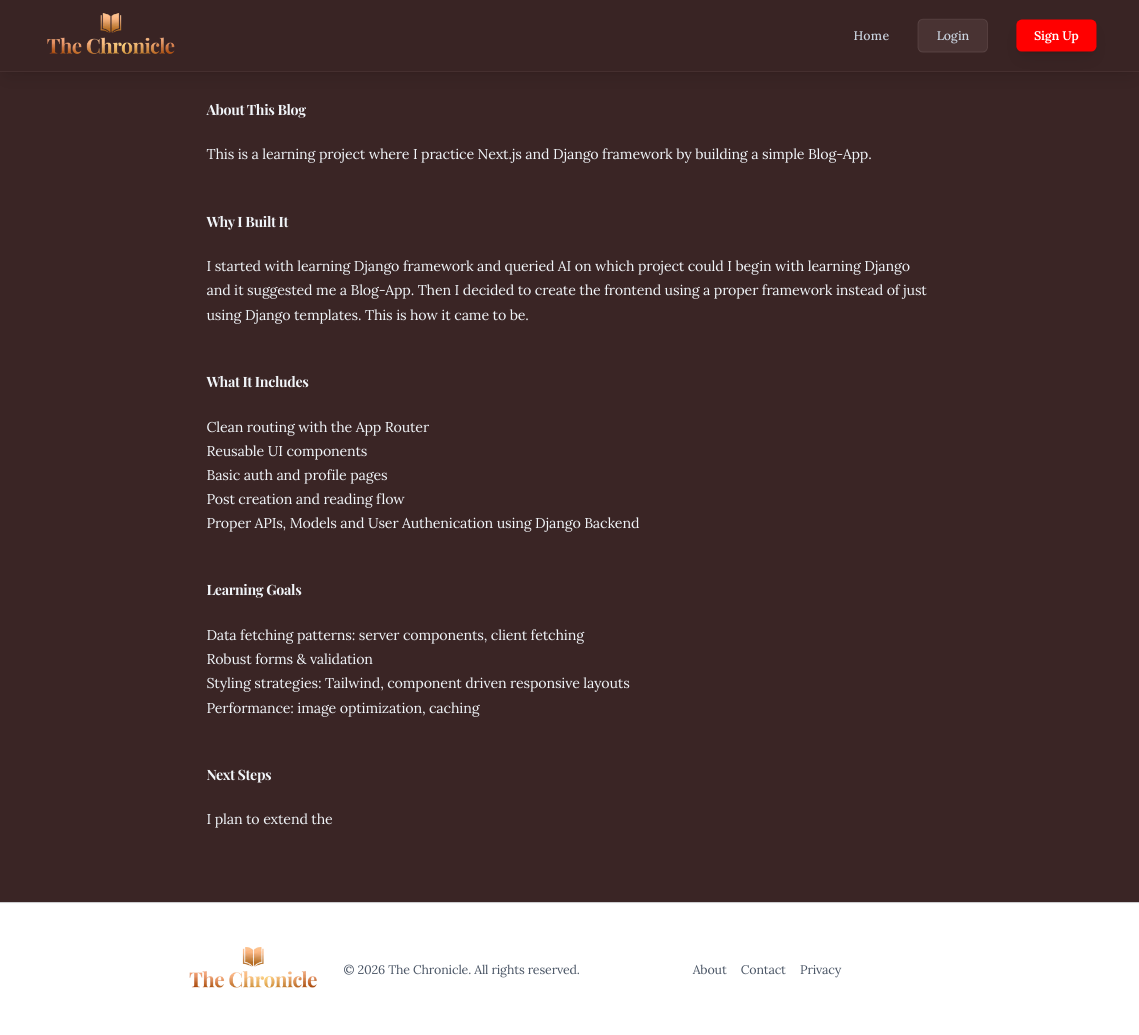
Repository: swaruplamsal/BasicBlogApp
Page: /about (app in blog-frontend/)
The author's editor kept a copy of each file at every save. The page is drawn from the files as they stood at one save, then again after a run of saves.
The browser window is 1280 px wide. The pictures show the whole page, at 89% of full size.
The page's requests for data from a server got no answer. The project was rebuilt for these pictures with package versions that can differ from the ones it lists, and the page was loaded fresh each time. The framework's server and built-in components were replaced by stand-ins that run in the browser. No one was signed in, and anything a server would have sent is missing. Also part of the build but not shown: blog-frontend/next.config.mjs, blog-frontend/app/components/Avatar.js.

Above is the page before, as saved 2026-02-07 21:02:55.

### blog-frontend/app/layout.js
// app/layout.js
import { Lora, Playfair_Display } from "next/font/google";
import { AuthProvider } from "./context/AuthContext";
import { generateSiteMetadata } from "../lib/metadata";
import "./globals.css";

export const metadata = generateSiteMetadata();

const lora = Lora({
  subsets: ["latin"],
  weight: ["400", "500", "600", "700"],
  variable: "--font-lora",
});

const playfair = Playfair_Display({
  subsets: ["latin"],
  weight: ["400", "500", "600", "700", "900"],
  variable: "--font-playfair",
});

export default function RootLayout({ children }) {
  return (
    <html lang="en">
      <body className={`${lora.variable} ${playfair.variable}`}>
        <AuthProvider>{children}</AuthProvider>
      </body>
    </html>
  );
}

### blog-frontend/app/about/page.js
import Navbar from "../components/Navbar";
import Footer from "../components/Footer";

const sectionStyle = {
  marginTop: "1.5rem",
};

export default function About() {
  return (
    <div className="dark:bg-sky-950">
      <Navbar />
      <main style={{ padding: "2rem", maxWidth: "880px", margin: "0 auto" }}>
        <h1>About This Blog</h1>
        <br />

        <p>
          This is a learning project where I practice Next.js and Django
          framework by building a simple Blog-App.
        </p>
        <br />
        <section style={sectionStyle}>
          <h2>Why I Built It</h2>
          <br />
          <p>
            I started with learning Django framework and queried AI on which
            project could I begin with learning Django and it suggested me a
            Blog-App. Then I decided to create the frontend using a proper
            framework instead of just using Django templates. This is how it
            came to be.
          </p>
        </section>
        <br />

        <section style={sectionStyle}>
          <h2>What It Includes</h2>
          <br />
          <ul>
            <li>Clean routing with the App Router</li>
            <li>Reusable UI components</li>
            <li>Basic auth and profile pages</li>
            <li>Post creation and reading flow</li>
            <li>
              Proper APIs, Models and User Authenication using Django Backend
            </li>
          </ul>
        </section>
        <br />

        <section style={sectionStyle}>
          <h2>Learning Goals</h2>
          <br />
          <ul>
            <li>Data fetching patterns: server components, client fetching</li>
            <li>Robust forms & validation</li>
            <li>
              Styling strategies: Tailwind, component driven responsive layouts
            </li>
            <li>Performance: image optimization, caching</li>
          </ul>
        </section>
        <br />

        <section style={sectionStyle}>
          <h2>Next Steps</h2>
          <br />
          <p>
            I plan to extend the
          </p>
        </section>
      </main>
      <Footer />
    </div>
  );
}

### blog-frontend/app/context/AuthContext.js
"use client";

import { createContext, useContext, useState, useEffect } from "react";
import { authApi } from "../../lib/api";

const AuthContext = createContext();

// Helper function to get initial state from localStorage
function getInitialAuth() {
  if (typeof window === "undefined") {
    return { token: null, user: null };
  }

  const savedToken = localStorage.getItem("token");
  const savedUser = localStorage.getItem("user");

  return {
    token: savedToken || null,
    user: savedUser ? JSON.parse(savedUser) : null,
  };
}

export function AuthProvider({ children }) {
  const [user, setUser] = useState(() => getInitialAuth().user);
  const [token, setToken] = useState(() => getInitialAuth().token);

  // Sync user data with backend on mount if token exists
  useEffect(() => {
    if (typeof window === "undefined" || !token) return;

    const syncUserData = async () => {
      try {
        const completeUser = await authApi.getCurrentUser();
        setUser(completeUser);
        localStorage.setItem("user", JSON.stringify(completeUser));
      } catch (error) {
        // If sync fails, user might be logged out - clear auth state
        setToken(null);
        setUser(null);
        localStorage.removeItem("token");
        localStorage.removeItem("user");
      }
    };

    syncUserData();
  }, [token]);

  const login = async (username, password) => {
    try {
      const data = await authApi.login(username, password);

      setToken(data.token);
      localStorage.setItem("token", data.token);

      // Fetch complete user data including profile
      try {
        const completeUser = await authApi.getCurrentUser();
        setUser(completeUser);
        localStorage.setItem("user", JSON.stringify(completeUser));
      } catch (profileError) {
        // Fallback to basic user data if profile fetch fails
        setUser(data.user);
        localStorage.setItem("user", JSON.stringify(data.user));
      }

      return { success: true };
    } catch (error) {
      return { success: false, error: error.message };
    }
  };

  const signup = async (username, email, password) => {
    try {
      const data = await authApi.signup(username, email, password);

      setToken(data.token);
      setUser(data.user);
      localStorage.setItem("token", data.token);
      localStorage.setItem("user", JSON.stringify(data.user));
      return { success: true };
    } catch (error) {
      return { success: false, error: error.message };
    }
  };

  const logout = () => {
    setToken(null);
    setUser(null);
    localStorage.removeItem("token");
    localStorage.removeItem("user");
  };

  const refreshUser = async () => {
    if (!token) return;

    try {
      const completeUser = await authApi.getCurrentUser();
      setUser(completeUser);
      localStorage.setItem("user", JSON.stringify(completeUser));
    } catch (error) {
      console.log("Failed to refresh user data:", error.message);
    }
  };

  return (
    <AuthContext.Provider
      value={{ user, token, login, signup, logout, refreshUser }}
    >
      {children}
    </AuthContext.Provider>
  );
}

export function useAuth() {
  return useContext(AuthContext);
}

### blog-frontend/lib/metadata.js
// Helper functions for generating metadata

export const generateSiteMetadata = () => ({
  title: {
    template: "%s | The Chronicle",
    default: "The Chronicle - Where Stories Matter",
  },
  description:
    "Discover thoughtful perspectives, compelling narratives, and insights that challenge the ordinary.",
  keywords: ["blog", "stories", "articles", "writing", "chronicle"],
  authors: [{ name: "The Chronicle Team" }],
  openGraph: {
    type: "website",
    locale: "en_US",
    siteName: "The Chronicle",
  },
  twitter: {
    card: "summary_large_image",
  },
  // Fallback favicon / site icon. Place a file at public/favicon.png (or /favicon.ico)
  icons: {
    icon: "/favicon.png",
    apple: "/favicon.png",
  },
});

export const generatePostMetadata = (post) => {
  if (!post) return {};

  return {
    title: post.title,
    description: post.content.substring(0, 160) + "...",
    keywords: post.tags?.map((tag) => tag.name) || [],
    authors: [{ name: post.author?.username || "Anonymous" }],
    openGraph: {
      title: post.title,
      description: post.content.substring(0, 160) + "...",
      type: "article",
      publishedTime: post.created_at,
      modifiedTime: post.updated_at,
      authors: [post.author?.username || "Anonymous"],
      tags: post.tags?.map((tag) => tag.name) || [],
    },
    twitter: {
      card: "summary_large_image",
      title: post.title,
      description: post.content.substring(0, 160) + "...",
    },
  };
};

### blog-frontend/app/globals.css
@import "tailwindcss";

@layer base {
  :root {
    /* Bold Editorial Theme - Color Hunt Palette */
    --background: #3a2525;
    --background-elevated: #4a3535;
    --background-hover: #5a4545;
    --foreground: #f1f5f9;
    --foreground-muted: #cbd5e1;
    --foreground-subtle: #94a3b8;

    /* Accent Colors */
    --accent: #ff0000;
    --accent-hover: #cc0000;
    --accent-light: #ff3333;
    --accent-secondary: #9e2a2a;
    --navy: #000080;
    --navy-hover: #0000a0;

    /* Borders & Dividers */
    --border: #5a4545;
    --border-light: #6a5555;

    /* Semantic Colors */
    --success: #10b981;
    --error: #ff0000;
    --warning: #ff0000;
  }

  body {
    background: var(--background);
    color: var(--foreground);
    font-family:
      var(--font-lora),
      -apple-system,
      BlinkMacSystemFont,
      "Segoe UI",
      Roboto,
      sans-serif;
    line-height: 1.7;
    -webkit-font-smoothing: antialiased;
    -moz-osx-font-smoothing: grayscale;
    letter-spacing: -0.011em;
  }

  h1,
  h2,
  h3,
  h4,
  h5,
  h6 {
    font-family: var(--font-playfair), Georgia, serif;
    font-weight: 700;
    line-height: 1.25;
    color: var(--foreground);
    letter-spacing: -0.025em;
  }
}

@layer components {
  /* Custom Scrollbar */
  ::-webkit-scrollbar {
    width: 8px;
  }

  ::-webkit-scrollbar-track {
    background: var(--background);
  }

  ::-webkit-scrollbar-thumb {
    background: var(--accent);
    border-radius: 4px;
  }

  ::-webkit-scrollbar-thumb:hover {
    background: var(--accent-hover);
  }

  /* Smooth transitions */
  * {
    transition-property:
      background-color, border-color, color, fill, stroke, transform, opacity;
    transition-timing-function: cubic-bezier(0.4, 0, 0.2, 1);
    transition-duration: 200ms;
  }

  /* Editorial Utilities */
  .editorial-gradient {
    background: linear-gradient(
      135deg,
      var(--background) 0%,
      var(--background-elevated) 100%
    );
  }

  .text-gradient {
    background: linear-gradient(135deg, #ff0000, #9e2a2a);
    -webkit-background-clip: text;
    -webkit-text-fill-color: transparent;
    background-clip: text;
  }

  .reading-progress {
    position: fixed;
    top: 0;
    left: 0;
    height: 3px;
    background: linear-gradient(90deg, #ff0000, #9e2a2a);
    z-index: 9999;
    transition: width 0.1s ease-out;
  }

  .card-hover {
    transition: all 0.3s cubic-bezier(0.4, 0, 0.2, 1);
  }

  .card-hover:hover {
    transform: translateY(-2px);
    box-shadow: 0 20px 40px -12px rgba(255, 0, 0, 0.2);
    border-color: #6a5555 !important;
  }

  /* Button Styles */
  .btn-primary {
    background-color: #ff0000;
    box-shadow: 0 10px 25px -5px rgba(255, 0, 0, 0.3);
    transition: all 0.3s ease;
  }

  .btn-primary:hover {
    background-color: #cc0000;
    box-shadow: 0 15px 30px -5px rgba(255, 0, 0, 0.4);
  }

  /* Link Styles */
  .link-red {
    color: #ff0000;
    transition: color 0.2s ease;
  }

  .link-red:hover {
    color: #ff3333;
  }

  .link-nav {
    color: #cbd5e1;
    transition: color 0.2s ease;
  }

  .link-nav:hover {
    color: #ff0000;
  }

  /* Article Title */
  .article-title {
    color: #f1f5f9;
    transition: color 0.3s ease;
  }

  .article-title:hover {
    color: #ff0000;
  }

  /* Tag Styles */
  .tag {
    color: #94a3b8;
    background-color: rgba(90, 69, 69, 0.5);
    border: 1px solid rgba(106, 85, 85, 0.5);
    transition: all 0.2s ease;
  }

  .tag:hover {
    border-color: #9e2a2a;
    color: #cbd5e1;
  }
  /* Form Styles */
  .form-input {
    background-color: rgba(90, 69, 69, 0.5);
    border: 1px solid #6a5555;
    color: #f1f5f9;
    transition: all 0.2s ease;
  }

  .form-input:focus {
    outline: none;
    border-color: #ff0000;
    background-color: rgba(90, 69, 69, 0.7);
  }

  .form-label {
    color: #cbd5e1;
  }

  .form-container {
    background-color: rgba(74, 53, 53, 0.5);
    border: 1px solid #5a4545;
  }

  .btn-secondary {
    background-color: rgba(90, 69, 69, 0.8);
    color: #cbd5e1;
    border: 1px solid #6a5555;
    transition: all 0.2s ease;
  }

  .btn-secondary:hover {
    background-color: rgba(90, 69, 69, 1);
    border-color: #7a6565;
  }

  .btn-danger {
    background-color: rgba(158, 42, 42, 0.8);
    color: #fff;
    border: 1px solid #9e2a2a;
    transition: all 0.2s ease;
  }

  .btn-danger:hover {
    background-color: #9e2a2a;
  }

  .btn-success {
    background-color: rgba(16, 185, 129, 0.8);
    color: #fff;
    transition: all 0.2s ease;
  }

  .btn-success:hover {
    background-color: rgb(16, 185, 129);
  }

  /* ========================================
   LOADING & ANIMATION STYLES
   ======================================== */

  /* Shimmer effect for skeleton loaders */
  @keyframes shimmer {
    0% {
      transform: translateX(-100%);
    }
    100% {
      transform: translateX(100%);
    }
  }

  .animate-shimmer {
    animation: shimmer 2s infinite;
  }

  /* Fade in animation */
  @keyframes fade-in {
    from {
      opacity: 0;
    }
    to {
      opacity: 1;
    }
  }

  .animate-fade-in {
    animation: fade-in 0.5s ease-out;
  }

  /* Fade in and slide up animation */
  @keyframes fade-in-up {
    from {
      opacity: 0;
      transform: translateY(20px);
    }
    to {
      opacity: 1;
      transform: translateY(0);
    }
  }

  .animate-fade-in-up {
    animation: fade-in-up 0.6s ease-out;
  }

  /* Scale in animation */
  @keyframes scale-in {
    from {
      opacity: 0;
      transform: scale(0.95);
    }
    to {
      opacity: 1;
      transform: scale(1);
    }
  }

  .animate-scale-in {
    animation: scale-in 0.4s ease-out;
  }

  /* Smooth transitions for all interactive elements */
  .transition-smooth {
    transition: all 0.3s cubic-bezier(0.4, 0, 0.2, 1);
  }
}

### blog-frontend/app/components/Navbar.js
// app/components/Navbar.js
"use client";

import dynamic from "next/dynamic";
import Link from "next/link";
import Image from "next/image";

const NavbarAuth = dynamic(() => import("./NavbarAuth"), { ssr: false });

export default function Navbar() {
  return (
    <nav
      className="sticky top-0 z-50 backdrop-blur-xl border-b shadow-lg"
      style={{
        backgroundColor: "rgba(58, 37, 37, 0.8)",
        borderColor: "rgba(90, 69, 69, 0.5)",
      }}
    >
      <div className="max-w-7xl mx-auto px-6 sm:px-8 lg:px-12">
        <div className="flex justify-between items-center h-20">
          {/* Logo */}
          <Link
            href="/"
            className="group flex items-center gap-3 hover:opacity-80 transition-opacity"
          >
            {/* Replace the inline svg with a logo image from public/images/logo.png */}
            <div>
              <Image
                src="/images/logo.png"
                alt="Editorial logo"
                width={150}
                height={150}
                className="object-cover"
                priority
              />
            </div>
          </Link>

          {/* Nav Links */}
          <div className="flex items-center gap-8">
            <Link
              href="/"
              className="link-nav font-medium text-sm tracking-wide"
            >
              Home
            </Link>
            <NavbarAuth />
          </div>
        </div>
      </div>
    </nav>
  );
}

### blog-frontend/app/components/Footer.js
import Image from "next/image";
import Link from "next/link";
import SocialLinks from "./SocialLinks";

export default function Footer() {
  return (
    <footer className="border-t mt-12 py-8 bg-white dark:bg-gray-900">
      <div className="max-w-4xl mx-auto px-4 flex flex-col md:flex-row items-center justify-between gap-4">
        <div className="flex items-center space-x-3">
          <Link href="/" className="flex items-center">
            <Image
              src="/images/logo.png"
              alt="Logo"
              width={150}
              height={150}
              className="rounded-sm"
            />
          </Link>
          <p className="text-sm text-gray-600 dark:text-gray-300 ml-4">
            © {new Date().getFullYear()} The Chronicle. All rights reserved.
          </p>
        </div>

        <nav className="flex items-center space-x-4">
          <Link
            href="/about"
            className="text-sm text-gray-600 hover:text-red-600 transition-colors duration-200 dark:text-gray-300 dark:hover:text-red-400 active:text-red-900 focus:outline-none focus-visible:ring-2 focus-visible:ring-red-300 rounded"
          >
            About
          </Link>
          <Link
            href="/contact"
            className="text-sm text-gray-600 hover:text-red-600 transition-colors duration-200 dark:text-gray-300 dark:hover:text-red-400 active:text-red-900 focus:outline-none focus-visible:ring-2 focus-visible:ring-red-300 rounded"
          >
            Contact
          </Link>
          <Link
            href="/privacy"
            className="text-sm text-gray-600 hover:text-red-600 transition-colors duration-200 dark:text-gray-300 dark:hover:text-red-400 active:text-red-900 focus:outline-none focus-visible:ring-2 focus-visible:ring-red-300 rounded"
          >
            Privacy
          </Link>
        </nav>

        <div>
          <SocialLinks />
        </div>
      </div>
    </footer>
  );
}

### blog-frontend/app/components/SocialLinks.js
"use client";

import Link from "next/link";

export default function SocialLinks({ website, twitter, github, linkedin }) {
  const links = [
    {
      name: "Website",
      value: website,
      href: website,
      icon: (
        <svg
          className="w-5 h-5"
          fill="none"
          stroke="currentColor"
          viewBox="0 0 24 24"
        >
          <path
            strokeLinecap="round"
            strokeLinejoin="round"
            strokeWidth={2}
            d="M21 12a9 9 0 01-9 9m9-9a9 9 0 00-9-9m9 9H3m9 9a9 9 0 01-9-9m9 9c1.657 0 3-4.03 3-9s-1.343-9-3-9m0 18c-1.657 0-3-4.03-3-9s1.343-9 3-9m-9 9a9 9 0 019-9"
          />
        </svg>
      ),
    },
    {
      name: "Twitter",
      value: twitter,
      href: twitter ? `https://twitter.com/${twitter}` : null,
      icon: (
        <svg className="w-5 h-5" fill="currentColor" viewBox="0 0 24 24">
          <path d="M18.244 2.25h3.308l-7.227 8.26 8.502 11.24H16.17l-5.214-6.817L4.99 21.75H1.68l7.73-8.835L1.254 2.25H8.08l4.713 6.231zm-1.161 17.52h1.833L7.084 4.126H5.117z" />
        </svg>
      ),
    },
    {
      name: "GitHub",
      value: github,
      href: github ? `https://github.com/${github}` : null,
      icon: (
        <svg className="w-5 h-5" fill="currentColor" viewBox="0 0 24 24">
          <path
            fillRule="evenodd"
            d="M12 2C6.477 2 2 6.484 2 12.017c0 4.425 2.865 8.18 6.839 9.504.5.092.682-.217.682-.483 0-.237-.008-.868-.013-1.703-2.782.605-3.369-1.343-3.369-1.343-.454-1.158-1.11-1.466-1.11-1.466-.908-.62.069-.608.069-.608 1.003.07 1.531 1.032 1.531 1.032.892 1.53 2.341 1.088 2.91.832.092-.647.35-1.088.636-1.338-2.22-.253-4.555-1.113-4.555-4.951 0-1.093.39-1.988 1.029-2.688-.103-.253-.446-1.272.098-2.65 0 0 .84-.27 2.75 1.026A9.564 9.564 0 0112 6.844c.85.004 1.705.115 2.504.337 1.909-1.296 2.747-1.027 2.747-1.027.546 1.379.202 2.398.1 2.651.64.7 1.028 1.595 1.028 2.688 0 3.848-2.339 4.695-4.566 4.943.359.309.678.92.678 1.855 0 1.338-.012 2.419-.012 2.747 0 .268.18.58.688.482A10.019 10.019 0 0022 12.017C22 6.484 17.522 2 12 2z"
            clipRule="evenodd"
          />
        </svg>
      ),
    },
    {
      name: "LinkedIn",
      value: linkedin,
      href: linkedin ? `https://linkedin.com/in/${linkedin}` : null,
      icon: (
        <svg className="w-5 h-5" fill="currentColor" viewBox="0 0 24 24">
          <path d="M20.447 20.452h-3.554v-5.569c0-1.328-.027-3.037-1.852-3.037-1.853 0-2.136 1.445-2.136 2.939v5.667H9.351V9h3.414v1.561h.046c.477-.9 1.637-1.85 3.37-1.85 3.601 0 4.267 2.37 4.267 5.455v6.286zM5.337 7.433c-1.144 0-2.063-.926-2.063-2.065 0-1.138.92-2.063 2.063-2.063 1.14 0 2.064.925 2.064 2.063 0 1.139-.925 2.065-2.064 2.065zm1.782 13.019H3.555V9h3.564v11.452zM22.225 0H1.771C.792 0 0 .774 0 1.729v20.542C0 23.227.792 24 1.771 24h20.451C23.2 24 24 23.227 24 22.271V1.729C24 .774 23.2 0 22.222 0h.003z" />
        </svg>
      ),
    },
  ];

  const activeLinks = links.filter((link) => link.value);

  if (activeLinks.length === 0) {
    return null;
  }

  return (
    <div className="flex flex-wrap gap-3">
      {activeLinks.map((link) => (
        <a
          key={link.name}
          href={link.href}
          target="_blank"
          rel="noopener noreferrer"
          className="flex items-center gap-2 px-4 py-2 bg-slate-800/50 rounded-lg border border-slate-700/50 hover:border-red-600/50 hover:bg-slate-800 transition-all text-slate-400 hover:text-red-400"
          title={link.name}
        >
          {link.icon}
          <span className="text-sm">{link.name}</span>
        </a>
      ))}
    </div>
  );
}

Loaded but not shown: blog-frontend/lib/api.js (library); blog-frontend/app/components/NavbarAuth.js (180 lines, source omitted)

After the next 2 saves:
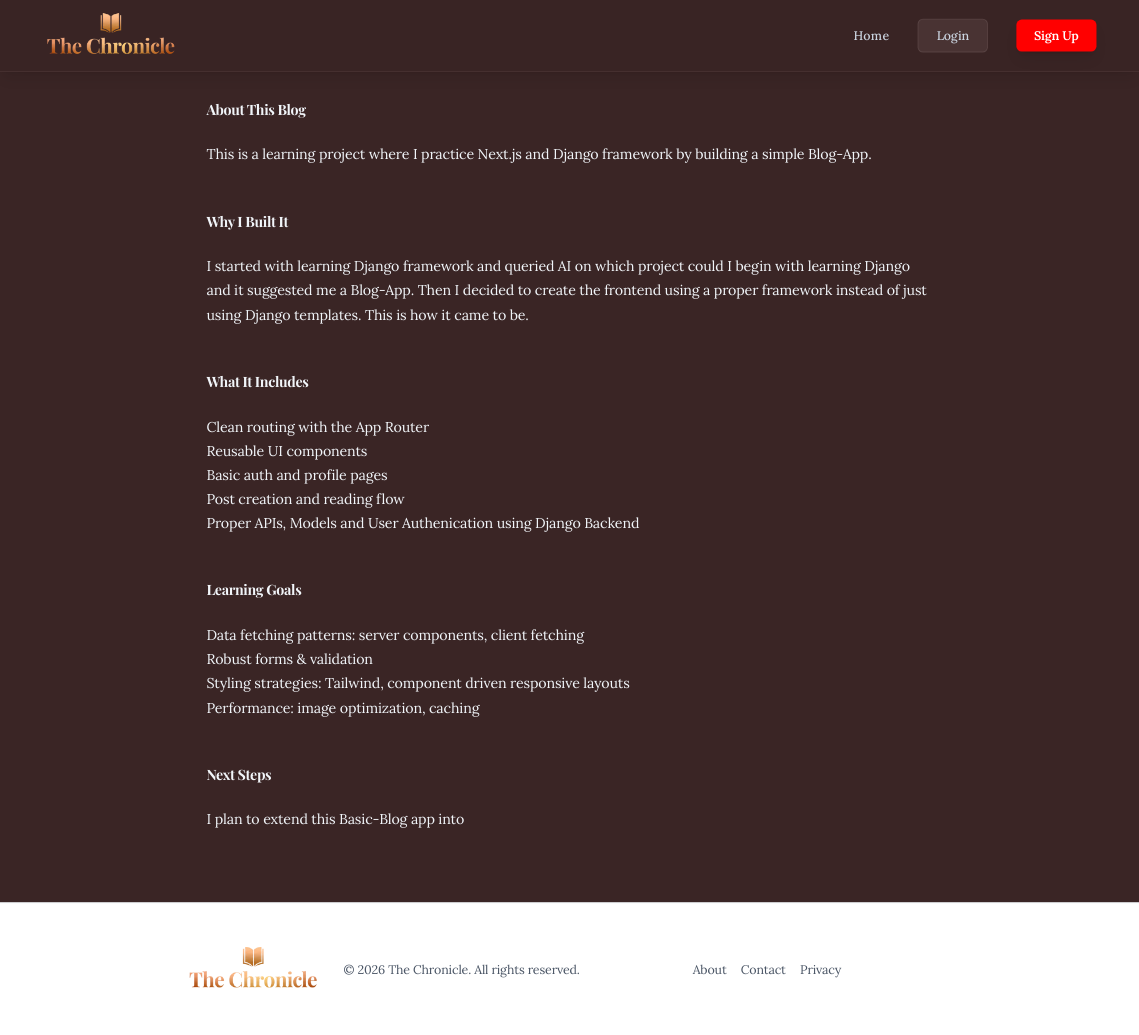
The 2 saves are shown as one change because they came seconds apart.
The last was saved 24 s later.
--- a/blog-frontend/app/about/page.js
+++ b/blog-frontend/app/about/page.js
@@ -64,7 +64,7 @@ export default function About() {
           <h2>Next Steps</h2>
           <br />
           <p>
-            I plan to extend the
+            I plan to extend this Basic-Blog app into
           </p>
         </section>
       </main>
